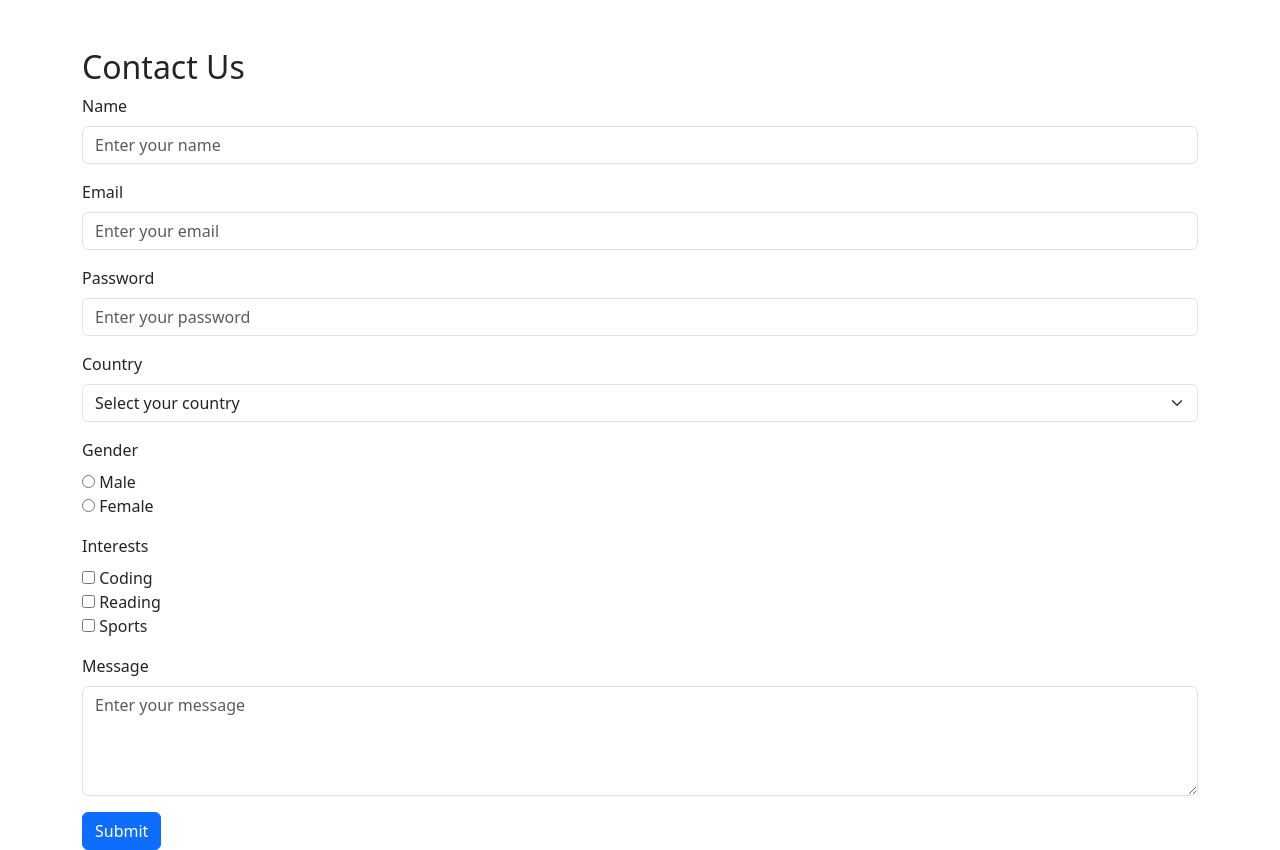
Repository: Abdulahi338/mp3-player-using-js
Page: Bootstrap/form.html
These files come from the project's save history. The page is drawn as it stood at one moment and after the next save; the edit follows.
The browser window is 1280 px wide. The pictures show the whole page.

Above is the page before, as saved 2025-02-01 14:30:14.

After the next save:
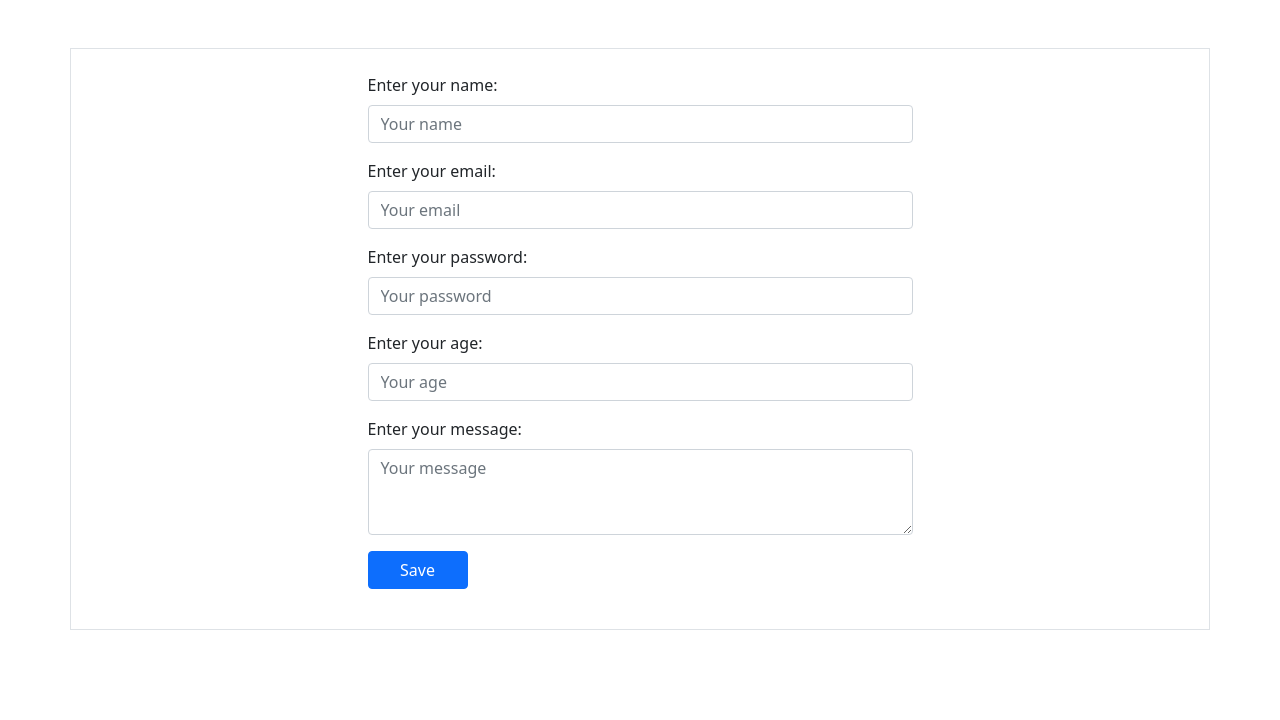
Saved 76 s later.
--- a/Bootstrap/form.html
+++ b/Bootstrap/form.html
@@ -1,87 +1,53 @@
 <!DOCTYPE html>
 <html lang="en">
 <head>
-  <meta charset="UTF-8">
-  <meta name="viewport" content="width=device-width, initial-scale=1.0">
-  <title>Sample Form</title>
-  <!-- Optional: Add Bootstrap for styling -->
-  <link href="https://cdn.jsdelivr.net/npm/bootstrap@5.3.0/dist/css/bootstrap.min.css" rel="stylesheet">
+    <meta charset="UTF-8">
+    <meta name="viewport" content="width=device-width, initial-scale=1.0">
+    <title>Form Example</title>
+    <link href="https://cdn.jsdelivr.net/npm/bootstrap@5.0.2/dist/css/bootstrap.min.css" rel="stylesheet" integrity="sha384-EVSTQN3/azprG1Anm3QDgpJLIm9Nao0Yz1ztcQTwFspd3yD65VohhpuuCOmLASjC" crossorigin="anonymous">
 </head>
 <body>
-  <div class="container mt-5">
-    <h2>Contact Us</h2>
-    <form action="/submit-form" method="POST">
-      <!-- Text Input -->
-      <div class="mb-3">
-        <label for="name" class="form-label">Name</label>
-        <input type="text" class="form-control" id="name" name="name" placeholder="Enter your name" required>
-      </div>
+    <div class="container my-5 bg-white border p-4">
+        <div class="col-6 mx-auto">
+            <form action="">
+                <!-- Name Input -->
+                <div class="mb-3">
+                    <label for="name" class="form-label">Enter your name:</label>
+                    <input type="text" class="form-control" id="name" name="name" placeholder="Your name" required>
+                </div>
 
-      <!-- Email Input -->
-      <div class="mb-3">
-        <label for="email" class="form-label">Email</label>
-        <input type="email" class="form-control" id="email" name="email" placeholder="Enter your email" required>
-      </div>
+                <!-- Email Input -->
+                <div class="mb-3">
+                    <label for="email" class="form-label">Enter your email:</label>
+                    <input type="email" class="form-control" id="email" name="email" placeholder="Your email" required>
+                </div>
 
-      <!-- Password Input -->
-      <div class="mb-3">
-        <label for="password" class="form-label">Password</label>
-        <input type="password" class="form-control" id="password" name="password" placeholder="Enter your password" required>
-      </div>
+                <!-- Password Input -->
+                <div class="mb-3">
+                    <label for="password" class="form-label">Enter your password:</label>
+                    <input type="password" class="form-control" id="password" name="password" placeholder="Your password" required>
+                </div>
 
-      <!-- Dropdown (Select) -->
-      <div class="mb-3">
-        <label for="country" class="form-label">Country</label>
-        <select class="form-select" id="country" name="country" required>
-          <option value="">Select your country</option>
-          <option value="usa">United States</option>
-          <option value="canada">Canada</option>
-          <option value="uk">United Kingdom</option>
-        </select>
-      </div>
+                <!-- Age Input -->
+                <div class="mb-3">
+                    <label for="age" class="form-label">Enter your age:</label>
+                    <input type="number" class="form-control" id="age" name="age" placeholder="Your age" required>
+                </div>
 
-      <!-- Radio Buttons -->
-      <div class="mb-3">
-        <label class="form-label">Gender</label>
-        <div>
-          <input type="radio" id="male" name="gender" value="male" required>
-          <label for="male">Male</label>
+                <!-- Message Textarea -->
+                <div class="mb-3">
+                    <label for="message" class="form-label">Enter your message:</label>
+                    <textarea class="form-control" id="message" name="message" rows="3" placeholder="Your message" required></textarea>
+                </div>
+
+                <!-- Submit Button -->
+                <div class="mb-3">
+                    <button type="submit" class="btn btn-primary" style="width: 100px;">Save</button>
+                </div>
+            </form>
         </div>
-        <div>
-          <input type="radio" id="female" name="gender" value="female" required>
-          <label for="female">Female</label>
-        </div>
-      </div>
+    </div>
 
-      <!-- Checkboxes -->
-      <div class="mb-3">
-        <label class="form-label">Interests</label>
-        <div>
-          <input type="checkbox" id="coding" name="interests" value="coding">
-          <label for="coding">Coding</label>
-        </div>
-        <div>
-          <input type="checkbox" id="reading" name="interests" value="reading">
-          <label for="reading">Reading</label>
-        </div>
-        <div>
-          <input type="checkbox" id="sports" name="interests" value="sports">
-          <label for="sports">Sports</label>
-        </div>
-      </div>
-
-      <!-- Textarea -->
-      <div class="mb-3">
-        <label for="message" class="form-label">Message</label>
-        <textarea class="form-control" id="message" name="message" rows="4" placeholder="Enter your message" required></textarea>
-      </div>
-
-      <!-- Submit Button -->
-      <button type="submit" class="btn btn-primary">Submit</button>
-    </form>
-  </div>
-
-  <!-- Optional: Add Bootstrap JS for interactive components -->
-  <script src="https://cdn.jsdelivr.net/npm/bootstrap@5.3.0/dist/js/bootstrap.bundle.min.js"></script>
+    <script src="https://cdn.jsdelivr.net/npm/bootstrap@5.0.2/dist/js/bootstrap.bundle.min.js" integrity="sha384-MrcW6ZMFYlzcLA8Nl+NtUVF0sA7MsXsP1UyJoMp4YLEuNSfAP+JcXn/tWtIaxVXM" crossorigin="anonymous"></script>
 </body>
 </html>
